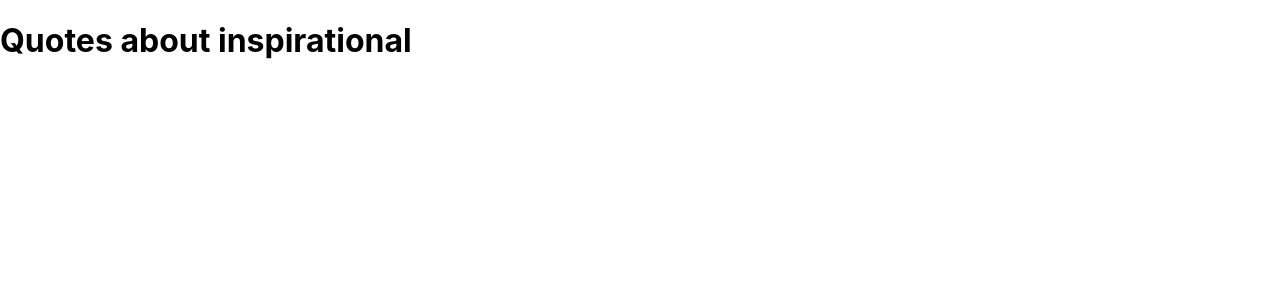
Repository: Bhavik-Sanghar/Quote-app
Page: /
The author's editor kept a copy of each file at every save. The page is drawn from the files as they stood at one save, then again after the next save.
The browser window is 1280 px wide. The pictures show the whole page.
The page's requests for data from a server got no answer. The project was rebuilt for these pictures with package versions that can differ from the ones it lists, and the page was loaded fresh each time. No one was signed in, and anything a server would have sent is missing. Also part of the build but not shown: src/styles.css. Imported but missing from the stored project, and not drawn on this page: src/components/QuoteDisplay.

Above is the page before, as saved 2023-08-18 14:26:42.

### src/App.js
import React from 'react';
import './styles.css';
import QuoteDisplay from './components/QuoteDisplay';
import QuoteComponent from './components/NewQuote'

function App() {
  return (
    <div className="App">
      {/* <h1>Beautiful Quotes</h1>
      <QuoteDisplay /> */}
      <QuoteComponent/>


    </div>
  );
}

export default App;

### src/components/NewQuote.js
import React, { useEffect, useState } from "react";
import axios from "axios";
import './New.css'

const QuoteComponent = () => {
  const [quotes, setQuotes] = useState([]);
  const category = "inspirational";
  const apiKey = "EgtS4gqLsbjvHM2bBjKwBA==PYmsGLFQFXQzq0Na";

  useEffect(() => {
    fetchQuotes();
  }, []);

  const fetchQuotes = async () => {
    try {
      const response = await axios.get(
        `https://api.api-ninjas.com/v1/quotes?category=${category}&limit=1`, // Fetching 5 quotes
        {
          headers: { "X-Api-Key": apiKey },
        }
      );
      console.log(response)
      setQuotes(response.data);
    } catch (error) {
      console.error("Error: ", error);
    }
  };

  return (
    <div className="quote-container">
      <h1>Quotes about {category}</h1>
      <div className="card-container">
        {quotes.map((quote, index) => (
          <div key={index} className="card">
            <p className="quote-text">{quote.quote}</p>
            <p className="author">- {quote.author}</p>
          </div>
        ))}
      </div>
    </div>
  );
};

export default QuoteComponent;

### src/components/New.css
.card-container {
    display: flex;
    flex-wrap: wrap;
    align-items: center;
    gap: 5%;
     margin: 10px;
    padding: 20px;
    padding-left: 30px;
  }

  .card {
    margin: 10px;
    padding: 20px;
    padding-left: 30px;
    border: 1px solid #ccc;
    background-color: #f9f9f9;
  }

  .quote-container{
    display: block;
  }

Loaded but not shown: public/index.html (common file); src/index.js (common file); src/index.css (common file); src/reportWebVitals.js (common file)

After the next save:
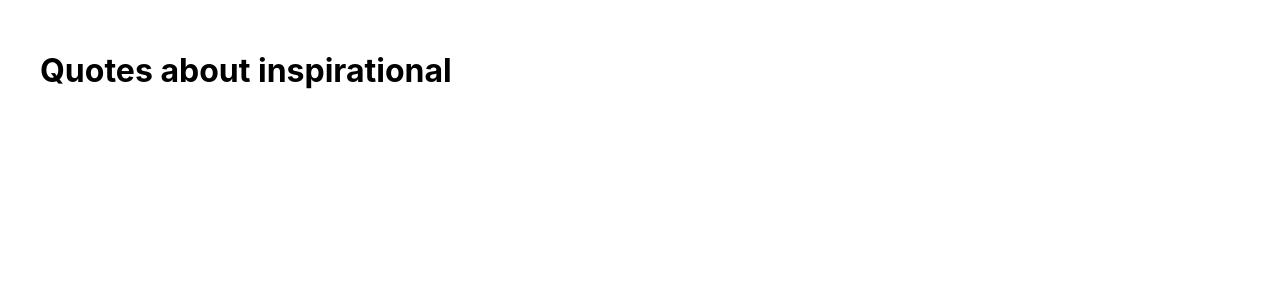
Saved 17 s later.
--- a/src/components/New.css
+++ b/src/components/New.css
@@ -17,5 +17,7 @@
   }
 
   .quote-container{
-    display: block;
+     margin: 10px;
+    padding: 20px;
+    padding-left: 30px;
   }
